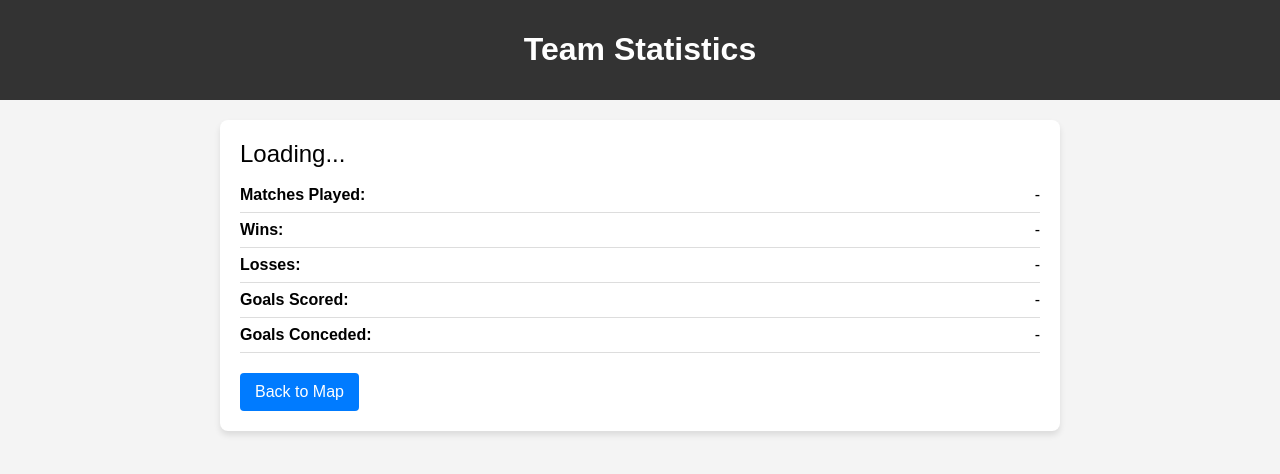
Repository: Enzo-py/dataviz-project-m1
Page: stat_page.html
An editor plug-in stored every save of this project. The page is shown before and after a run of saves, followed by the edit.
The browser window is 1280 px wide. The pictures show the whole page.
Some web fonts or font styles are not loaded; a fallback is used.

Above is the page before, as saved 2024-12-12 15:20:06.

After the next 2 saves:
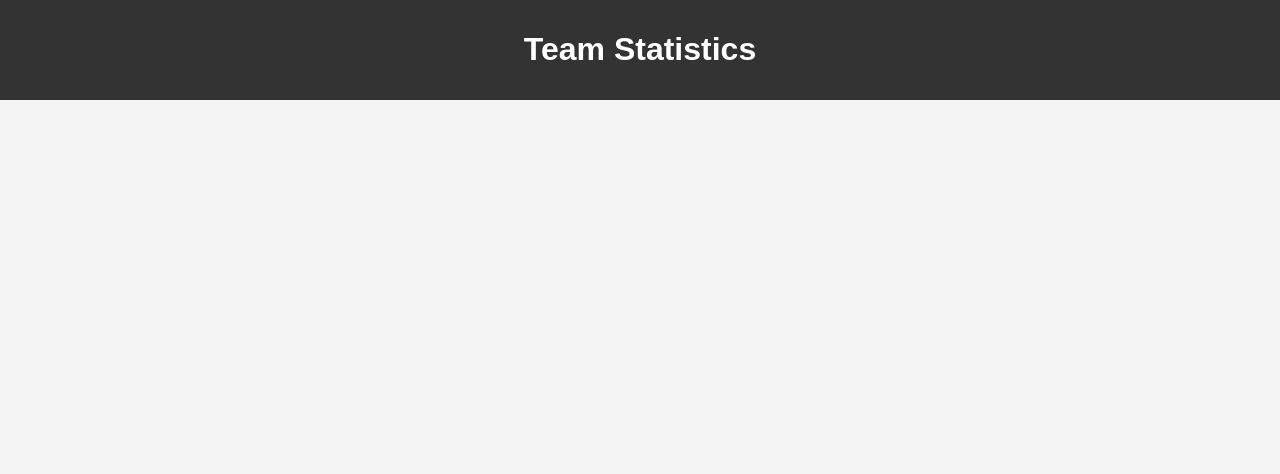
The 2 saves are shown as one change because they came seconds apart.
The last was saved 8 min 8 s later.
--- a/stat_page.html
+++ b/stat_page.html
@@ -17,39 +17,6 @@
     <header>
         <h1>Team Statistics</h1>
     </header>
-
-    <div class="stats-container">
-        <div class="team-name" id="team-name">Loading...</div>
-
-        <div class="stat" id="stat-1">
-            <span class="stat-label">Matches Played:</span>
-            <span class="stat-value">-</span>
-        </div>
-
-        <div class="stat" id="stat-2">
-            <span class="stat-label">Wins:</span>
-            <span class="stat-value">-</span>
-        </div>
-
-        <div class="stat" id="stat-3">
-            <span class="stat-label">Losses:</span>
-            <span class="stat-value">-</span>
-        </div>
-
-        <div class="stat" id="stat-4">
-            <span class="stat-label">Goals Scored:</span>
-            <span class="stat-value">-</span>
-        </div>
-
-        <div class="stat" id="stat-5">
-            <span class="stat-label">Goals Conceded:</span>
-            <span class="stat-value">-</span>
-        </div>
-
-        <div id="compare-container"></div>
-
-        <a href="/" class="back-button">Back to Map</a>
-    </div>
     </script>
 </body>
 </html>
